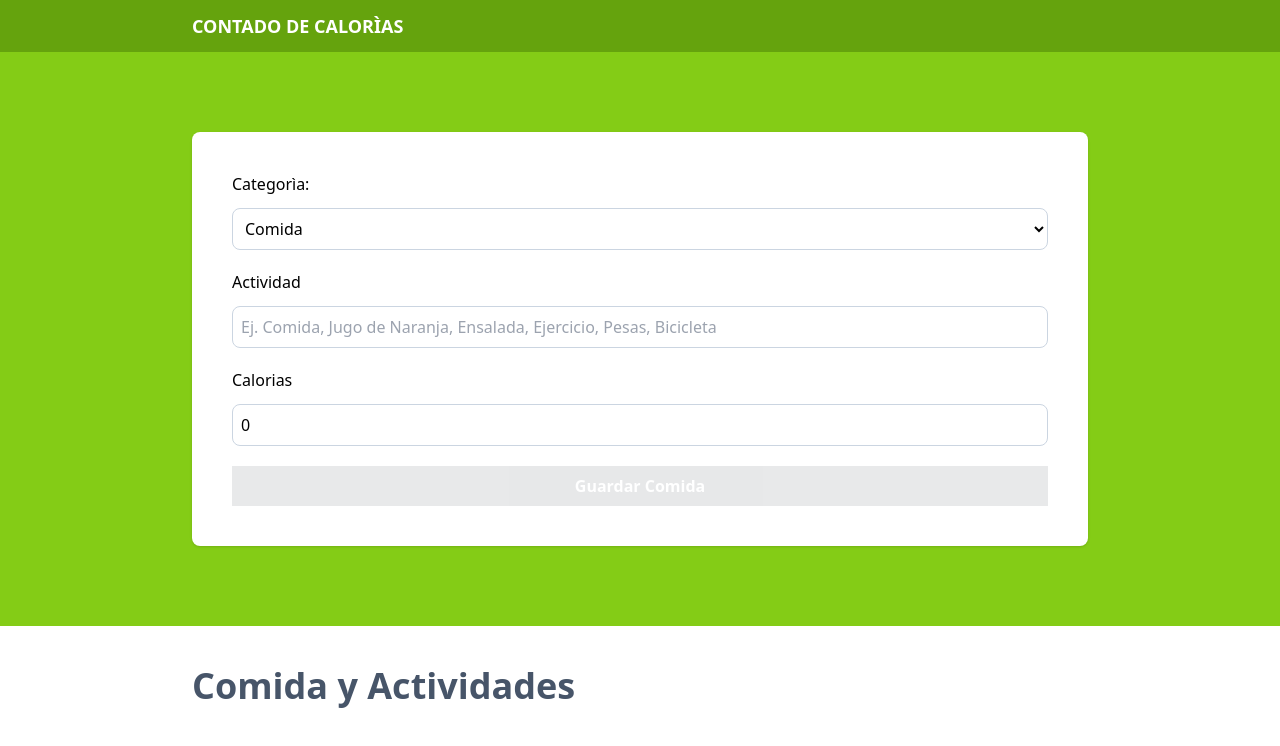
Repository: Matiiu/calorie-tracker
Page: /
These files come from the project's save history. The page is drawn as it stood at one moment and after the next save; the edit follows.
The browser window is 1280 px wide. The pictures show the whole page.
The project was rebuilt for these pictures with package versions that can differ from the ones it lists, and the page was loaded fresh each time. Also part of the build but not shown: vite.config.ts.

Above is the page before, as saved 2024-04-01 16:25:24.

### index.html
<!doctype html>
<html lang="en">
  <head>
    <meta charset="UTF-8" />
    <link rel="icon" type="image/svg+xml" href="/vite.svg" />
    <meta name="viewport" content="width=device-width, initial-scale=1.0" />
    <title>Contador de Calorías - React</title>
  </head>
  <body>
    <div id="root"></div>
    <script type="module" src="/src/main.tsx"></script>
  </body>
</html>

### src/App.tsx
import { useReducer } from "react";

import Header from "./components/Header";
import Form from "./components/Form";
import ActivityList from "./components/ActivityList";

import { activityReducer, initialState } from "./reducers/activityReducer";
export default function App() {
  const [state, dispatch] = useReducer(activityReducer, initialState);
  console.log({state})
  console.log(state.activities)


  return (
    <>
      <Header />

      <section className="bg-lime-500 py-20 px-5">
        <div className="max-w-4xl mx-auto">
          <Form
            dispatch={dispatch}
          />
        </div>
      </section>

      <section className="py-10 mx-auto max-w-4xl">
          <ActivityList activities={state.activities} />
      </section>
    </>
  );
}

### src/components/Header.tsx
export default function Header() {
  return (
    <header className="bg-lime-600 py-3">
      <div className="max-w-4xl mx-auto flex justify-between">
        <h1 className="text-center text-lg font-bold text-white uppercase">
          Contado de Calorìas
        </h1>
      </div>
    </header>
  );
}

### src/components/Form.tsx
import { useState, ChangeEvent, FormEvent, Dispatch } from "react";
import { v4 as uuid } from "uuid";

import { categories } from "../data/categories";
import type { Activity } from "../types";
import { ActivityActions } from "../reducers/activityReducer";

type FormProps = {
  dispatch: Dispatch<ActivityActions>;
};

export default function Form({ dispatch }: FormProps) {
  const initialState: Activity = {
    id: uuid(),
    category: 1,
    activityName: "",
    calories: 0,
  };

  // Convertimos las calorías en un objeto donde el id en la llave y el nombre el valor
  const categoriesObject = categories.reduce(
    (accumulator: Record<number, string>, current) => {
      accumulator[current.id] = current.name;
      return accumulator;
    },
    {}
  );

  const [activity, setActivity] = useState<Activity>({ ...initialState });

  const handleChange = (
    e: ChangeEvent<HTMLInputElement | HTMLSelectElement>
  ) => {
    // Validamos si es un campo numérico
    const isNumberFiled = ["category", "calories"].includes(e.target.id);
    // Si lo es convertimos el dato a numérico
    setActivity({
      ...activity,
      [e.target.id]: isNumberFiled ? +e.target.value : e.target.value,
    });
  };

  const isValidateActivity = () => {
    const { activityName, calories } = activity;
    // Validamos que el campo actividad y calorías estén diligenciados
    return !!(activityName || "").trim() && calories > 0;
  };



  const nameSubmit = () => {
    // Accedemos a la posición llave de nuestro objeto categoriesObject con el valor de activity.category y retornamos el valor
    return `Guardar ${categoriesObject[activity.category]}`;
  };

  const handleSubmit = (e: FormEvent<HTMLFormElement>) => {
    e.preventDefault();
    dispatch({
      type: "save-activity",
      payload: { newActivity: activity },
    });
    // Limpiar el formulario una vez enviado
    setActivity({ ...initialState });
  };

  return (
    <form
      onSubmit={handleSubmit}
      className="space-y-5 bg-white shadow p-10 rounded-lg"
    >
      <div className="grid grid-cols-1 gap-3">
        <label htmlFor="category">Categorìa:</label>
        <select
          name="category"
          id="category"
          className="border border-slate-300 p-2 rounded-lg w-full bg-white"
          value={activity.category}
          onChange={handleChange}
        >
          {categories.map((category) => (
            <option key={category.id} value={category.id}>
              {category.name}
            </option>
          ))}
        </select>
      </div>

      <div className="grid grid-cols-1 gap-3">
        <label htmlFor="activityName">Actividad</label>
        <input
          id="activityName"
          name="activityName"
          type="text"
          className="border border-slate-300 p-2 rounded-lg"
          placeholder="Ej. Comida, Jugo de Naranja, Ensalada, Ejercicio, Pesas, Bicicleta"
          value={activity.activityName}
          onChange={handleChange}
        />
      </div>

      <div className="grid grid-cols-1 gap-3">
        <label htmlFor="calories">Calorias</label>
        <input
          id="calories"
          name="calories"
          type="number"
          className="border border-slate-300 p-2 rounded-lg"
          placeholder="Ej. 300 o 500"
          min={0}
          value={activity.calories}
          onChange={handleChange}
        />
      </div>

      <input
        type="submit"
        className="bg-gray-800 hover:bg-gray-900 w-full p-2 font-bold text-white cursor-pointer disabled:opacity-10 disabled:cursor-auto"
        value={nameSubmit()}
        disabled={!isValidateActivity()}
      />
    </form>
  );
}

### src/components/ActivityList.tsx
import { Activity } from "../types";
import { categories } from "../data/categories";

type ActivityListprops = {
  activities: Activity[];
};

export default function ActivityList({ activities }: ActivityListprops) {
  // Convertimos las calorías en un objeto donde el id en la llave y el nombre el valor
  const categoriesObject = categories.reduce(
    (accumulator: Record<number, string>, current) => {
      accumulator[current.id] = current.name;
      return accumulator;
    },
    {}
  );

  const categoryName = (activityId: number) => {
    // Accedemos a la posición llave de nuestro objeto categoriesObject con el valor de activity.category y retornamos el valor
    return categoriesObject[activityId];
  };

  return (
    <>
      <h2 className="text-4xl font-bold text-slate-600 text-cente">
        Comida y Actividades
      </h2>

      {activities.map((activity) => (
        <div
          key={activity.id}
          className="px-5 py-10 bg-white mt-5 flex justify-between"
        >
          <div className="space-y-2 relative">
            <p
              className={`absolute -top-8 -left-8 px-10 py-2 text-white uppercase font-bold ${
                activity.category === 1 ? "bg-lime-500" : "bg-orange-500"
              }`}
            >
              {categoryName(activity.category)}
            </p>
            <p className="text-2xl font-bold pt-5">{activity.activityName}</p>
            <p className="font-black text-4xl text-lime-500">
              {" "}
              {activity.calories}
            </p>
          </div>

          <div></div>
        </div>
      ))}
    </>
  );
}

### src/reducers/activityReducer.ts
import type { Activity } from "../types";

export type ActivityActions = {
  type: "save-activity";
  payload: {
    newActivity: Activity;
  };
};

type ActivityState = {
  activities: Activity[];
};

export const initialState: ActivityState = {
  activities: [],
};

export function activityReducer(
  state: ActivityState = initialState,
  action: ActivityActions,
) {
  if (action.type === "save-activity") {
    console.log(action.payload.newActivity);

    return {
        ...state,
        activities: [...state.activities, action.payload.newActivity],
      };
  }
  return state;
}

### src/data/categories.ts
import { Category } from "../types";

export const categories: Category[] = [
  { id: 1, name: "Comida" },
  { id: 2, name: "Ejercicio" },
];

Loaded but not shown: src/main.tsx (common file); src/index.css (common file); tailwind.config.js (common file)

After the next save:
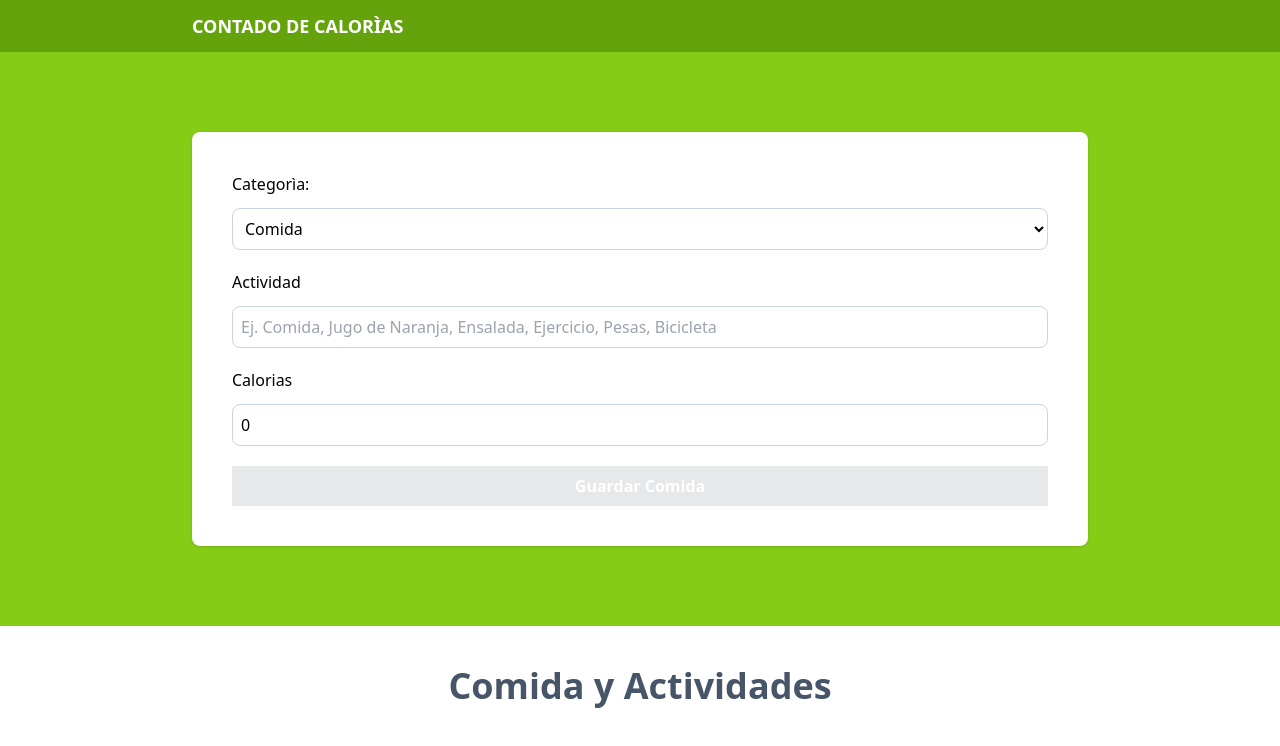
Saved 21 s later.
--- a/src/components/ActivityList.tsx
+++ b/src/components/ActivityList.tsx
@@ -22,7 +22,7 @@ export default function ActivityList({ activities }: ActivityListprops) {
 
   return (
     <>
-      <h2 className="text-4xl font-bold text-slate-600 text-cente">
+      <h2 className="text-4xl font-bold text-slate-600 text-center">
         Comida y Actividades
       </h2>
 
